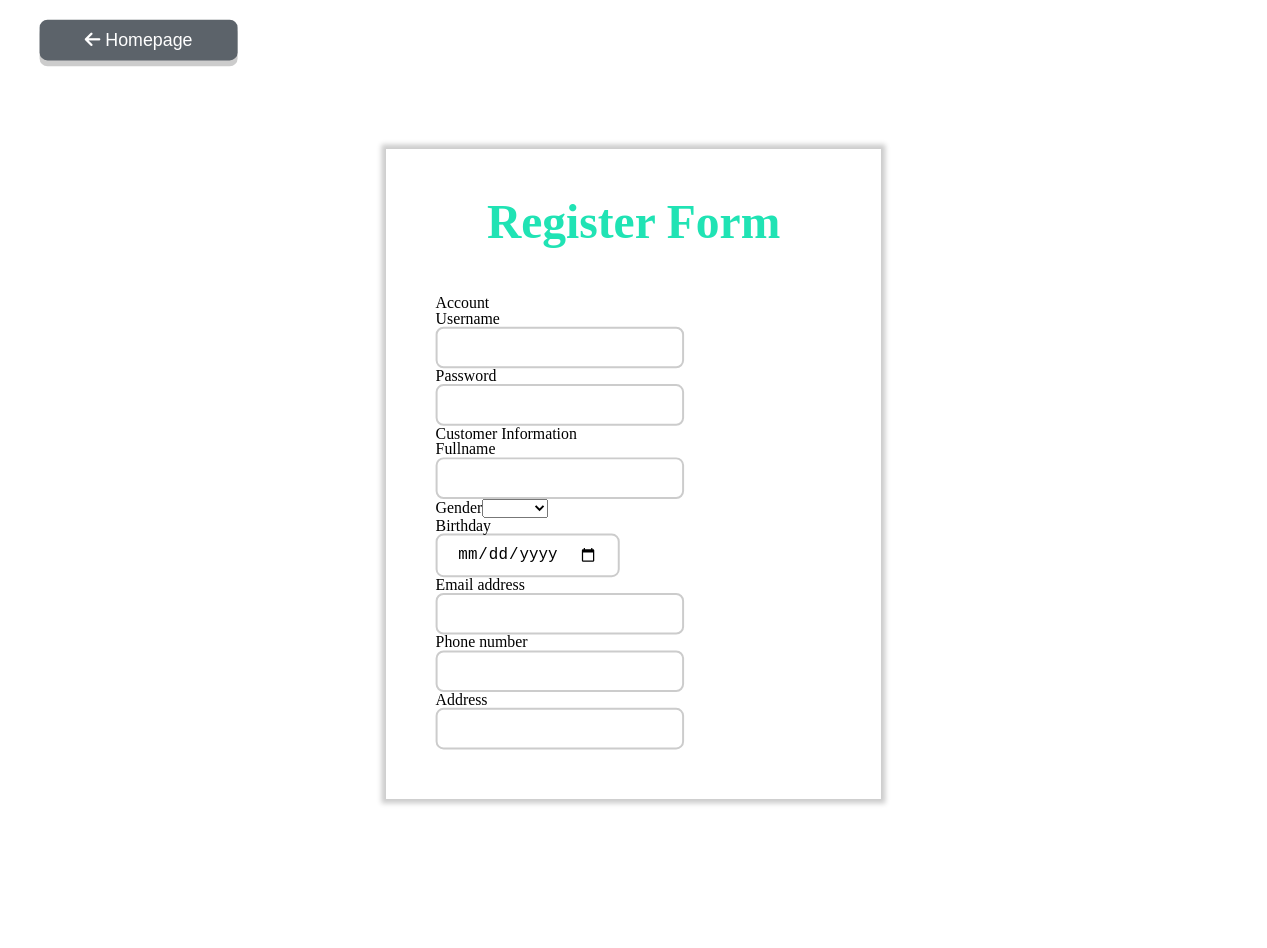
Repository: Trung0810/btl_cnpm_fe
Page: /
The author's editor kept a copy of each file at every save. The page is drawn from the files as they stood at one save, then again after the next save.
The browser window is 1280 px wide. The pictures show the whole page, at 99% of full size.
The project was rebuilt for these pictures with package versions that can differ from the ones it lists, and the page was loaded fresh each time. Also part of the build but not shown: src/components/header/header.css, src/components/header/Header.js, src/components/footer/Footer.css, src/components/footer/Footer.js, src/components/shoes_list/ShoesCard.css, src/components/shoes_list/ShoesCard.js, src/components/shoes_list/ShoesList.css, src/components/shoes_list/ShoesList.js and 17 more.

Above is the page before, as saved 2026-03-31 13:32:02.

### public/index.html
<!doctype html>
<html lang="en">
  <head>
    <meta charset="utf-8" />
    <link rel="icon" href="%PUBLIC_URL%/favicon.ico" />
    <meta name="viewport" content="width=device-width, initial-scale=1" />
    <meta name="theme-color" content="#000000" />
    <meta
      name="description"
      content="Web site created using create-react-app"
    />
    <link rel="apple-touch-icon" href="%PUBLIC_URL%/logo192.png" />
    <!--
      manifest.json provides metadata used when your web app is installed on a
      user's mobile device or desktop. See https://developers.google.com/web/fundamentals/web-app-manifest/
    -->
    <link rel="manifest" href="%PUBLIC_URL%/manifest.json" />
    <!--
      Notice the use of %PUBLIC_URL% in the tags above.
      It will be replaced with the URL of the `public` folder during the build.
      Only files inside the `public` folder can be referenced from the HTML.

      Unlike "/favicon.ico" or "favicon.ico", "%PUBLIC_URL%/favicon.ico" will
      work correctly both with client-side routing and a non-root public URL.
      Learn how to configure a non-root public URL by running `npm run build`.
    -->
    <link rel="preconnect" href="https://fonts.googleapis.com" />
    <link rel="preconnect" href="https://fonts.gstatic.com" crossorigin />
    <link
      href="https://fonts.googleapis.com/css2?family=DM+Sans:ital,opsz,wght@0,9..40,100..1000;1,9..40,100..1000&family=Oswald:wght@200..700&display=swap"
      rel="stylesheet"
    />
    <title>React App</title>
  </head>
  <body>
    <noscript>You need to enable JavaScript to run this app.</noscript>
    <div id="root"></div>
    <!--
      This HTML file is a template.
      If you open it directly in the browser, you will see an empty page.

      You can add webfonts, meta tags, or analytics to this file.
      The build step will place the bundled scripts into the <body> tag.

      To begin the development, run `npm start` or `yarn start`.
      To create a production bundle, use `npm run build` or `yarn build`.
    -->
  </body>
</html>

### src/index.js
import React from "react";
import ReactDOM from "react-dom/client";
import App from "./App";
import reportWebVitals from "./reportWebVitals";
import "./index.css";
import "./reset.css";
import "@fortawesome/fontawesome-free/css/all.min.css";

const root = ReactDOM.createRoot(document.getElementById("root"));
root.render(
  <React.StrictMode>
    <App />
  </React.StrictMode>,
);

// If you want to start measuring performance in your app, pass a function
// to log results (for example: reportWebVitals(console.log))
// or send to an analytics endpoint. Learn more: https://bit.ly/CRA-vitals
reportWebVitals();

### src/App.js
import { Fragment } from "react";
import Header from "./components/header/Header";
import Footer from "./components/footer/Footer";
import HomePage from "./components/home_page/HomePage";
import ShoesPage from "./components/shoes_page/ShoesPage";
import LoginForm from "./components/login_form/LoginForm";
import LoginPage from "./components/login_page/LoginPage";
import RegisterPage from "./components/register_page/RegisterPage";
import "./App.css";

function App() {
  return (
    <Fragment>
      {/* <Header></Header> */}
      {/* <HomePage></HomePage> */}
      {/* <ShoesPage></ShoesPage> */}
      {/* <Footer></Footer> */}
      {/* <LoginPage></LoginPage> */}
      <RegisterPage></RegisterPage>
    </Fragment>
  );
}

export default App;

### src/index.css
body {
  margin: 0;
  font-family:
    -apple-system, BlinkMacSystemFont, "Segoe UI", "Roboto", "Oxygen", "Ubuntu",
    "Cantarell", "Fira Sans", "Droid Sans", "Helvetica Neue", sans-serif;
  -webkit-font-smoothing: antialiased;
  -moz-osx-font-smoothing: grayscale;
  font-family: "DM Sans", sans-serif;
}
body::-webkit-scrollbar {
  display: none;
}
code {
  font-family:
    source-code-pro, Menlo, Monaco, Consolas, "Courier New", monospace;
}
* {
  box-sizing: border-box;
}

### src/components/register_page/RegisterPage.js
import React, { Fragment } from "react";
import RegisterForm from "../register_form/RegisterForm";

const RegisterPage = () => {
  return (
    <Fragment>
      <button
        style={{
          backgroundColor: "#5C636A",
          color: "#fff",
          position: "absolute",
          top: "20px",
          left: "40px",
        }}
      >
        <i className="fa fa-arrow-left"></i> Homepage
      </button>
      <RegisterForm></RegisterForm>
    </Fragment>
  );
};

export default RegisterPage;

### src/App.css
input {
  display: block;
  font-size: 16px;
  font-weight: 500;
  padding: 10px 20px;
  border: 2px solid #ccc;
  border-radius: 8px;
  outline: none;
}
input:focus {
  border-color: #20e3b4;
}
button {
  display: block;
  width: 200px;
  padding: 10px 30px;
  font-size: 18px;
  font-weight: 500;
  border-radius: 8px;
  border: none;
  outline: none;
  cursor: pointer;
  box-shadow: 0 6px 0 0 #ccc;
  transition: all 0.25s linear;
}
button:active {
  box-shadow: 0 3px 0 0 #ccc;
  transform: translateY(3px);
}

### src/components/register_form/RegisterForm.js
import React from "react";
import "./RegisterForm.css";

const RegisterForm = () => {
  return (
    <form className="register-form">
      <h2 className="register-title">Register Form</h2>
      <div className="register-account">
        <h3>Account</h3>
        <div className="register-form-wrapper">
          <label htmlFor="username">Username</label>
          <input type="text" name="username" id="username" />
        </div>
        <div className="register-form-wrapper">
          <label htmlFor="password">Password</label>
          <input type="text" name="password" id="password" />
        </div>
      </div>
      <div className="register-infor">
        <h3>Customer Information</h3>
        <div className="register-form-wrapper">
          <label htmlFor="fullname">Fullname</label>
          <input type="text" name="fullname" id="fullname" />
        </div>
        <div className="register-form-wrapper">
          <label htmlFor="gender">Gender</label>
          <select name="gender" id="gender">
            <option value=""></option>
            <option value="Male">Male</option>
            <option value="Female">Female</option>
            <option value="Other">Other</option>
          </select>
        </div>
        <div className="register-form-wrapper">
          <label htmlFor="date">Birthday</label>
          <input type="date" name="date" id="date" />
        </div>
        <div className="register-form-wrapper">
          <label htmlFor="email">Email address</label>
          <input type="email" name="email" id="email" />
        </div>
        <div className="register-form-wrapper">
          <label htmlFor="phone">Phone number</label>
          <input type="phone" name="phone" id="phone" />
        </div>
        <div className="register-form-wrapper">
          <label htmlFor="address">Address</label>
          <input type="text" name="address" id="address" />
        </div>
      </div>
    </form>
  );
};

export default RegisterForm;

### src/components/register_form/RegisterForm.css
.register-form {
  width: 500px;
  padding: 50px;
  margin: 150px auto;
  box-shadow: 0 0 5px 5px #ccc;
  user-select: none;
}
.register-title {
  font-size: 48px;
  font-weight: bold;
  color: #20e3b4;
  text-align: center;
  margin-bottom: 50px;
}

Loaded but not shown: src/reportWebVitals.js (common file); src/reset.css (common file)

After the next save:
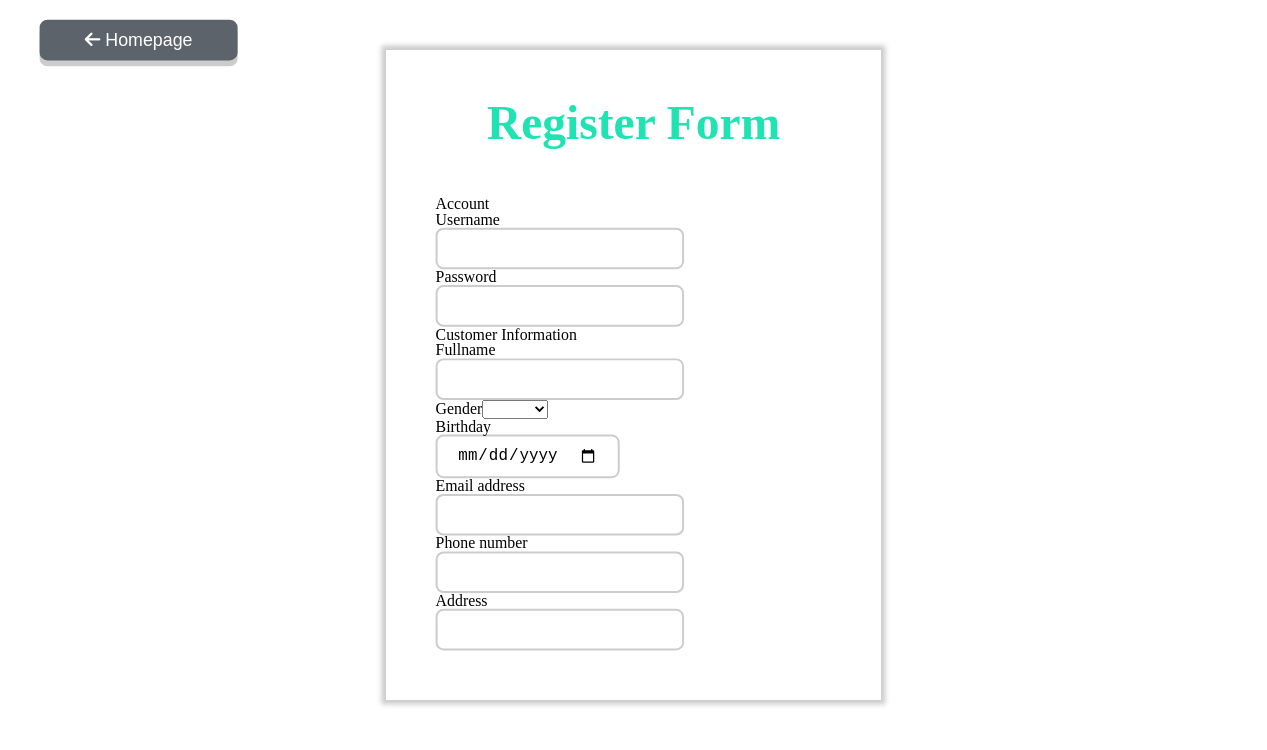
Saved 8 s later.
--- a/src/components/register_form/RegisterForm.css
+++ b/src/components/register_form/RegisterForm.css
@@ -1,7 +1,7 @@
 .register-form {
   width: 500px;
   padding: 50px;
-  margin: 150px auto;
+  margin: 50px auto;
   box-shadow: 0 0 5px 5px #ccc;
   user-select: none;
 }
